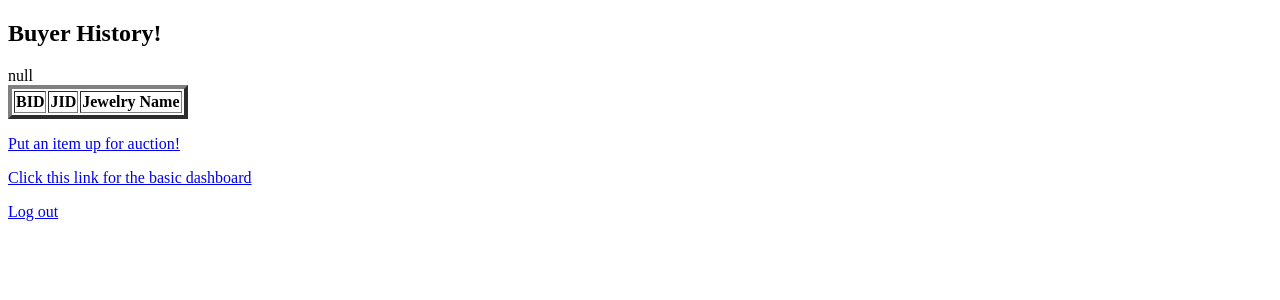
Repository: nicholaschiarulli/AuctionWebApp
Page: http://localhost/cs336Final/buyerHistory.jsp
These files come from the project's save history. The page is drawn as it stood at one moment and after the next save; the edit follows.
The browser window is 1280 px wide. The pictures show the whole page.
The page is served by Tomcat 9. Queries for data that is not in the repository find no rows.

Above is the page before, as saved 2019-04-02 21:54:53.

### cs336Final/WebContent/buyerHistory.jsp
<%@ page language="java" contentType="text/html; charset=ISO-8859-1"
pageEncoding="ISO-8859-1" import="com.cs336.pkg.*"%>
<%@ page import="java.io.*,java.util.*,java.sql.*"%>
<%@ page import="javax.servlet.http.*,javax.servlet.*"%>
<!DOCTYPE html PUBLIC "-//W3C//DTD HTML 4.01 Transitional//EN" "http://www.w3.org/TR/html4/loose.dtd">
<html>
<meta http-equiv="Content-Type" content="text/html; charset=ISO-8859-1">
<title>Buyer's History</title>
</head>
<body>
<h2>Buyer History!</h2>

<table border='4'>
<tr>
<th>BID</th>
<th>JID</th>
<th>Jewelry Name</th>
</tr>
<%
try {
ApplicationDB db = new ApplicationDB();
Connection con = db.getConnection();

Statement stmt = con.createStatement();

String email_username = ""+session.getAttribute("username"); //"jack@gmail.com";
out.println(email_username);


String str = "SELECT b.BidID, b.jewelryID, j.name FROM Bid as b, jewelry as j WHERE email=" + "'"+email_username+"' and b.jewelryID = j.jewelryID;" ;

ResultSet result = stmt.executeQuery(str);

if(result != null){
	while(result.next()){

		String bID= result.getString("b.BidID");

		String jID = result.getString("b.jewelryID");

		String jName = result.getString("j.name");

	out.print("<th> "+ bID + "</th>");

	out.print("<th> "+ jID + "</th>");
	out.print("<th>"+ jName + "</th></tr>");
}


out.println("</table>");
out.println("<p><a href='auction.jsp'>Put an item up for auction!</a><p>");

con.close();
}

}


catch (Exception ex) {
out.println(ex);
out.println("error");
}
%>

<p><a href='dash.jsp'>Click this link for the basic dashboard</a></p>
<p><a href='logout.jsp'>Log out</a></p>
</body>
</html>

### cs336Final/src/com/cs336/pkg/ApplicationDB.java
package com.cs336.pkg;

import java.sql.Connection;
import java.sql.DriverManager;
import java.sql.SQLException;

public class ApplicationDB {

	public ApplicationDB(){

	}

	public Connection getConnection(){

		//Create a connection string
		String connectionUrl = "jdbc:mysql://auctiondb.coab5jepywet.us-east-2.rds.amazonaws.com:3306/BarBeerDrinkerSample";
		Connection connection = null;

		try {
			//Load JDBC driver - the interface standardizing the connection procedure. Look at WEB-INF\lib for a mysql connector jar file, otherwise it fails.
			Class.forName("com.mysql.jdbc.Driver").newInstance();
		} catch (InstantiationException e) {
			// TODO Auto-generated catch block
			e.printStackTrace();
		} catch (IllegalAccessException e) {
			// TODO Auto-generated catch block
			e.printStackTrace();
		} catch (ClassNotFoundException e) {
			// TODO Auto-generated catch block
			e.printStackTrace();
		}
		try {
			//Create a connection to your DB
			connection = DriverManager.getConnection(connectionUrl,"nickchiarulli", "QPfl87utzH0");
		} catch (SQLException e) {
			// TODO Auto-generated catch block
			e.printStackTrace();
		}

		return connection;

	}

	public void closeConnection(Connection connection){
		try {
			connection.close();
		} catch (SQLException e) {
			// TODO Auto-generated catch block
			e.printStackTrace();
		}
	}





	public static void main(String[] args) {
		ApplicationDB dao = new ApplicationDB();
		Connection connection = dao.getConnection();

		System.out.println(connection);
		dao.closeConnection(connection);
	}



}

After the next save:
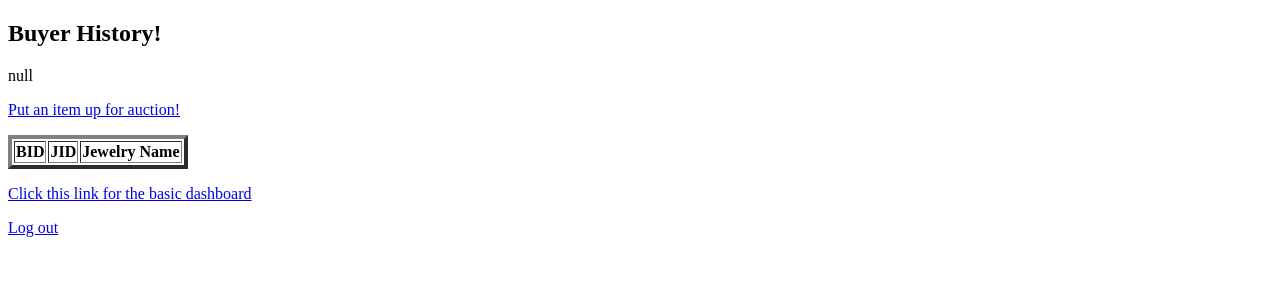
Saved 27 s later.
--- a/cs336Final/WebContent/buyerHistory.jsp
+++ b/cs336Final/WebContent/buyerHistory.jsp
@@ -47,7 +47,7 @@ if(result != null){
 }
 
 
-out.println("</table>");
+/* out.println("</table>"); */
 out.println("<p><a href='auction.jsp'>Put an item up for auction!</a><p>");
 
 con.close();
@@ -61,7 +61,7 @@ out.println(ex);
 out.println("error");
 }
 %>
-
+</table>
 <p><a href='dash.jsp'>Click this link for the basic dashboard</a></p>
 <p><a href='logout.jsp'>Log out</a></p>
 </body>
